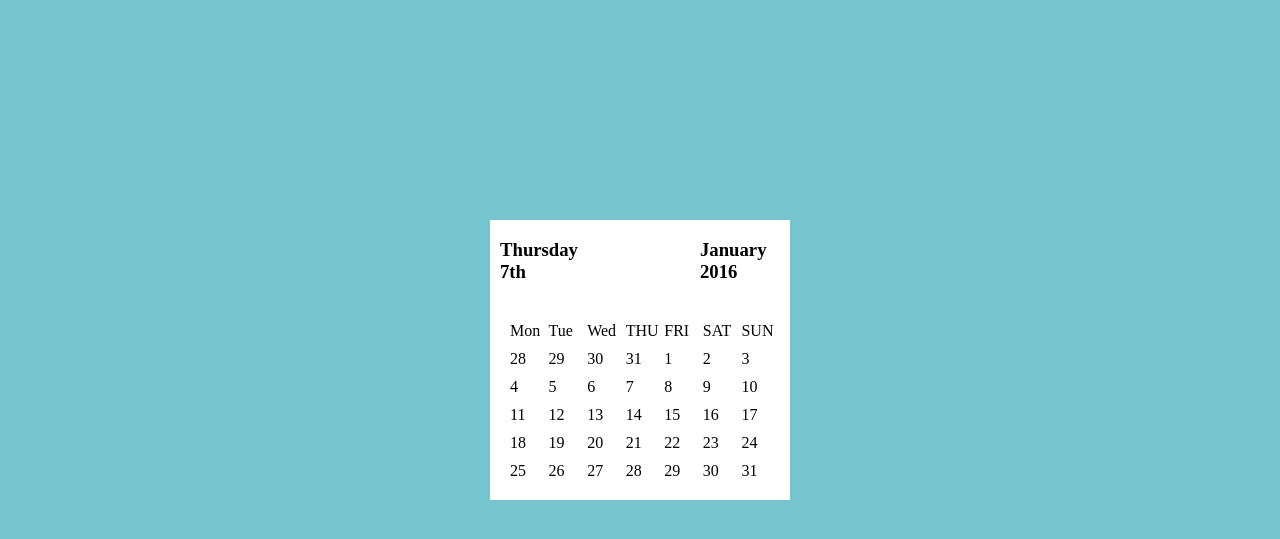
Repository: KYUUBI-K/HTML
Page: За 1 курс/Лаб 4/calendar.html
An editor plug-in stored every save of this project. The page is shown before and after the next save, followed by the edit.
The browser window is 1280 px wide. The pictures show the whole page.

Above is the page before, as saved 2021-03-30 13:37:19.

After the next save:
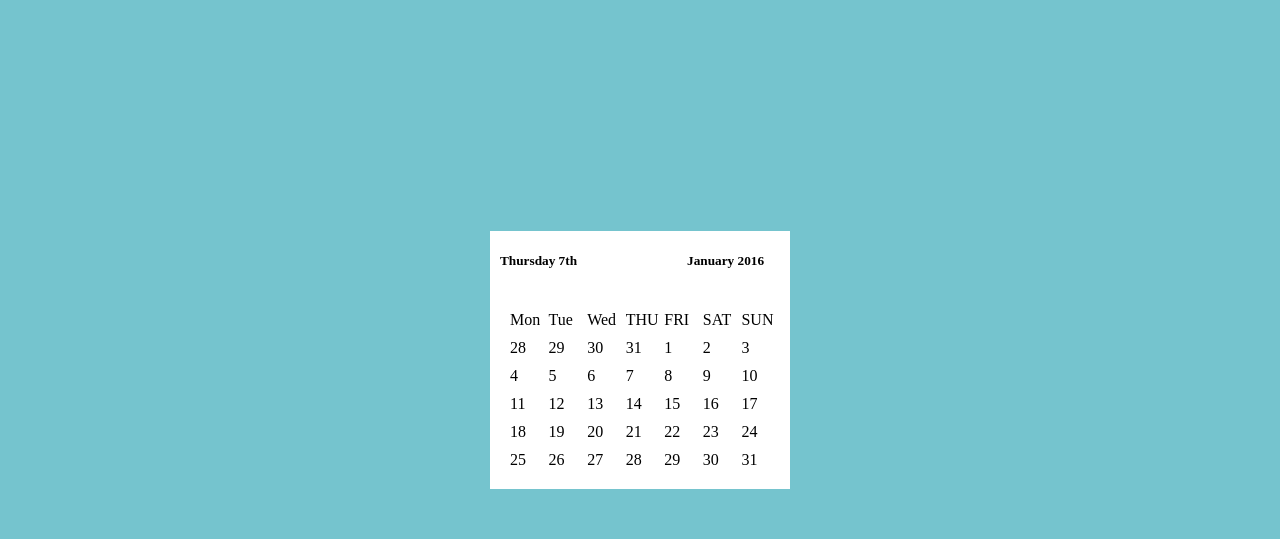
Saved 18 s later.
--- a/За 1 курс/Лаб 4/calendar.html
+++ b/За 1 курс/Лаб 4/calendar.html
@@ -10,9 +10,9 @@
 <body style="background-color:rgba(80, 181, 194, 0.788) ;">
     <div class="calendar">
         <div class="today">
-            <h3>Thursday 7th</h3>
+            <h5>Thursday 7th</h5>
             <div class="today">
-                <h3>January 2016</h3>
+                <h5>January 2016</h5>
             </div>
         </div>
         <div class="date">
